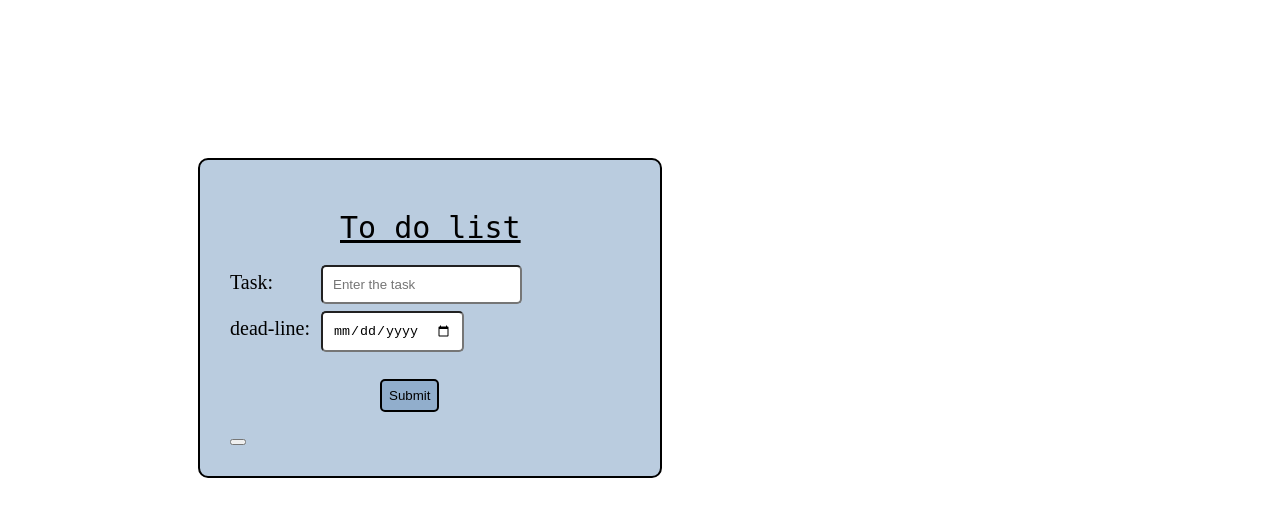
Repository: Akhil-donthula-8977/to_to_spring_boot
Page: http://localhost/To_do/pages/home.jsp
The author's editor kept a copy of each file at every save. The page is drawn from the files as they stood at one save, then again after the next save.
The browser window is 1280 px wide. The pictures show the whole page.
The page is served by Tomcat 10.

Above is the page before, as saved 2023-03-05 07:24:34.
Not found: To_do/To_do/pages/script.js

After the next save:
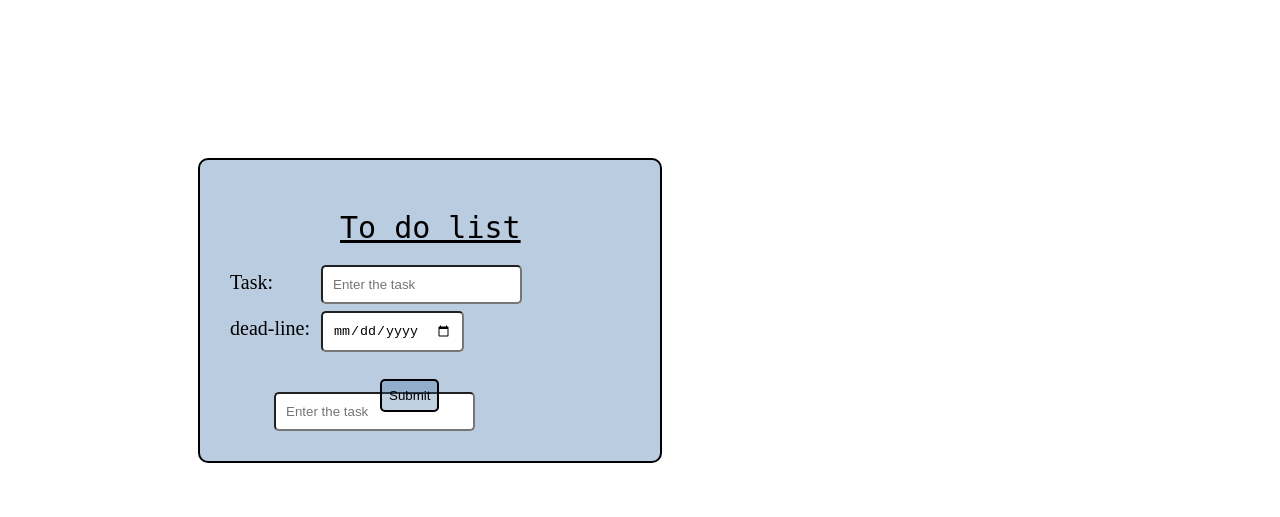
Saved 35 min 20 s later.
--- a/To_do/src/main/webapp/pages/home.jsp
+++ b/To_do/src/main/webapp/pages/home.jsp
@@ -83,10 +83,9 @@
 
             <input type="submit" id="submit">
         </form>
-         <br>
-           </br>
-        <button action="http://localhost:9090/alltasks"></button>
-        </div>
+          <form action="/addtask">
+            <input type="text" class="input" name="taskname" id="task" placeholder="Enter the task">
+          </form>
 
     </body>
 </html>
